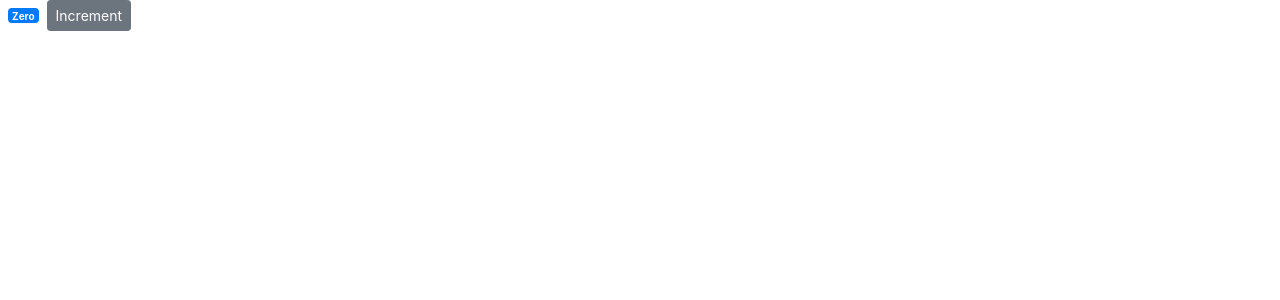
Repository: smk87/First-React-App
Page: /
The author's editor kept a copy of each file at every save. The page is drawn from the files as they stood at one save, then again after the next save.
The browser window is 1280 px wide. The pictures show the whole page.
The project was rebuilt for these pictures with package versions that can differ from the ones it lists, and the page was loaded fresh each time. Also part of the build but not shown: src/App.css, src/App.js.

Above is the page before, as saved 2019-01-04 20:54:00.

After the next save:
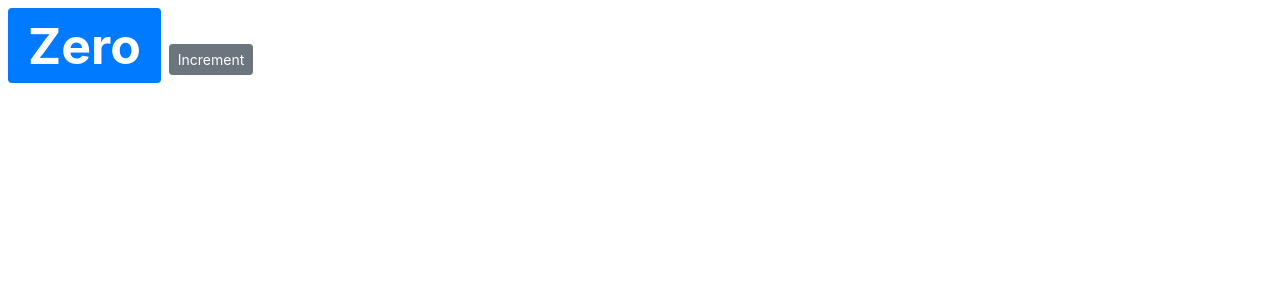
Saved 9 s later.
--- a/src/components/counter.jsx
+++ b/src/components/counter.jsx
@@ -5,7 +5,7 @@
     count: 0
   };
   styles = {
-    fontSize: 10,
+    fontSize: 50,
     fontWeight: "bold"
   };
   render() {

After the save that followed:
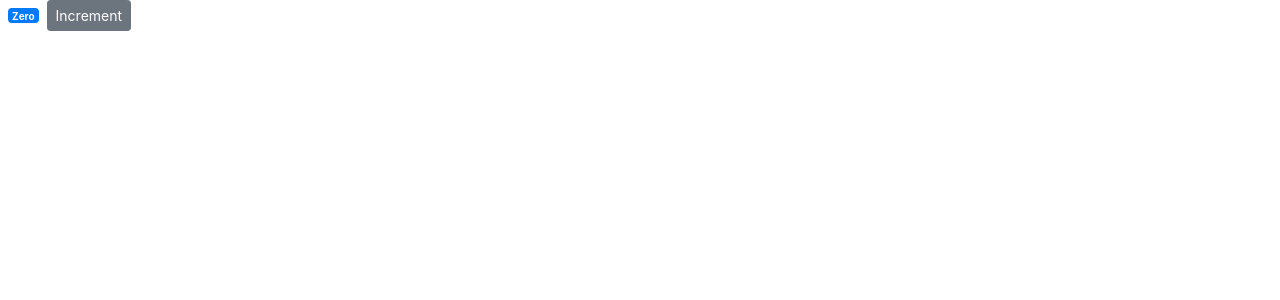
Saved 5 s later.
--- a/src/components/counter.jsx
+++ b/src/components/counter.jsx
@@ -5,7 +5,7 @@
     count: 0
   };
   styles = {
-    fontSize: 50,
+    fontSize: 10,
     fontWeight: "bold"
   };
   render() {
